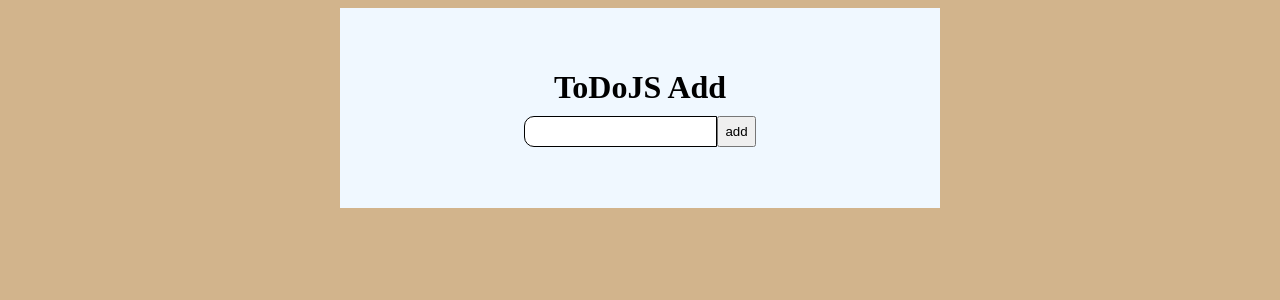
Repository: Savich01/ToDo
Page: index.html
These files come from the project's save history. The page is drawn as it stood at one moment and after the next save; the edit follows.
The browser window is 1280 px wide. The pictures show the whole page.

Above is the page before, as saved 2024-05-03 12:33:01.

### index.html
<!DOCTYPE html>
<html lang="en">
<head>
    <meta charset="UTF-8">
    <meta name="viewport" content="width=device-width, initial-scale=1.0">
    <link rel="stylesheet" href="css/style.css">
    <title>ToDO</title>
</head>
<body>
        <div class="block1">
            <div class="block-sub">
                <h1 class="title">ToDoJS Add</h1>
                <div class="personal">
                    <input class="personal-input1" type="text">
                    <button class="personal-btn">add</button>
                </div>
            </div>
            <div class="block-sub2">

            </div>
        </div>
        <script src="js/script.js"></script>
</body>
</html>

### css/style.css
body {
    max-width: 100%;
    background: tan;
}

.block1 {
    max-width: 600px;
    background-color: aliceblue;
    height: 200px;
    margin: 0 auto;
}

.block-sub {
    max-width: 200px;
    margin: 0 auto;
    padding: 40px 0 0 0;
    display: flex;
    flex-direction: column;
    align-items: center;
    text-align: center;
}

.input1 {
    padding: 7px;
}

.personal {
    display: flex;
    /* border-radius: 10%; */
}
.personal-input1 {
    padding: 7px;
    border-radius: 10px 0px 0px 10px ;
    border: 1px solid #000;
}

.personal-btn{
    cursor: pointer;
}

.title {
   color: #000;
   margin-bottom: 10px;

}


/*--------------------ПЕРВЫЙ БЛОК-------------------------------------*/

Loaded but not shown: js/script.js (no copy from this time; the picture is the same without it)

After the next save:
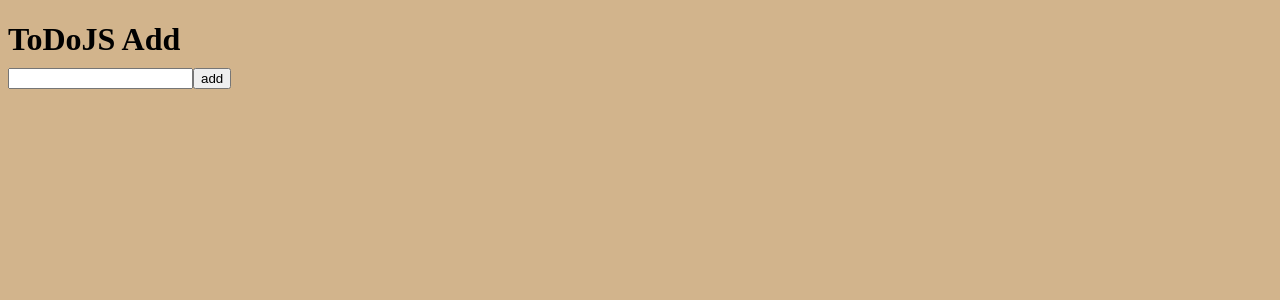
Saved 19 min 8 s later.
--- a/index.html
+++ b/index.html
@@ -7,7 +7,18 @@
     <title>ToDO</title>
 </head>
 <body>
-        <div class="block1">
+    <header class="header">
+        <div class="header-block">
+            <div class="header-block__sub">
+                <h1 class="title">ToDoJS Add</h1>
+            </div>
+            <form class="personal" action="#">
+                <input type="text" class="personal-input">
+                <button class="personal-btn">add</button>
+            </form>
+        </div>
+    </header>
+        <!-- <div class="block1">
             <div class="block-sub">
                 <h1 class="title">ToDoJS Add</h1>
                 <div class="personal">
@@ -18,7 +29,7 @@
             <div class="block-sub2">
 
             </div>
-        </div>
+        </div> -->
         <script src="js/script.js"></script>
 </body>
 </html>
